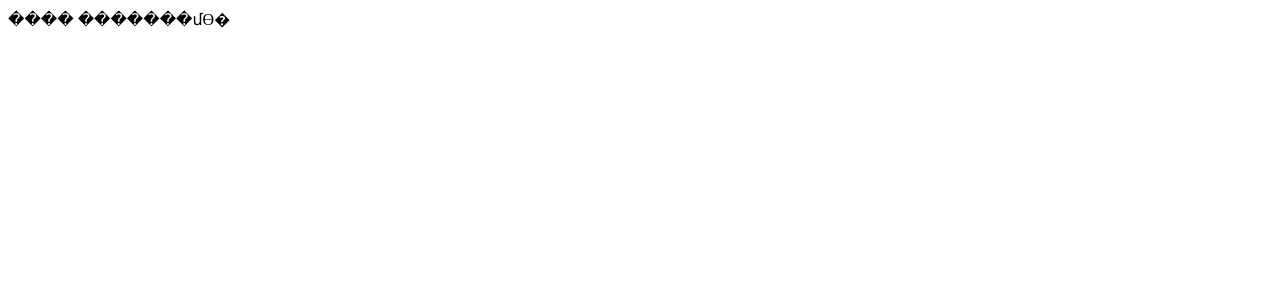
Repository: 2ujin/2018-PHP-afterschool
Page: http://localhost/FileIO/03.php
The author's editor kept a copy of each file at every save. The page is drawn from the files as they stood at one save, then again after the next save.
The browser window is 1280 px wide. The pictures show the whole page.
The page is run by PHP 8.4 with error messages shown; the project is at /var/www/html/.

Above is the page before, as saved 2018-07-31 06:29:38.

### PHPStudy/FileIO/03.php
<?php

// $source = "mirim.txt";
// $dest = "mirim_copy.txt"; //목적지

// $result = copy($source, $dest);

// if($result)
//     echo "파일 복사 성공 했당";
// else
//     echo"파일 복사 실패해따 ㅠㅠ";
// $pFile = fopen("mirim.txt", "w");
// $data = "";

$exist = file_exists("mirim_copy.txt");

if($exist)
    $result = unlink("mirim_copy.txt");
    else{
        echo "파일 미존재합니당";
    }
?>

After the next save:
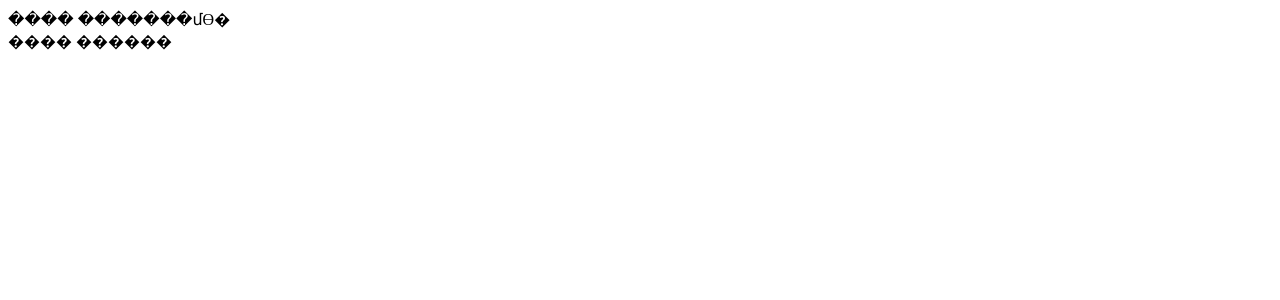
Saved 12 s later.
--- a/PHPStudy/FileIO/03.php
+++ b/PHPStudy/FileIO/03.php
@@ -17,6 +17,6 @@ $exist = file_exists("mirim_copy.txt");
 if($exist)
     $result = unlink("mirim_copy.txt");
     else{
-        echo "파일 미존재합니당";
+        echo "파일 미존재합니당 <br> 강제 종료함";
     }
 ?>
